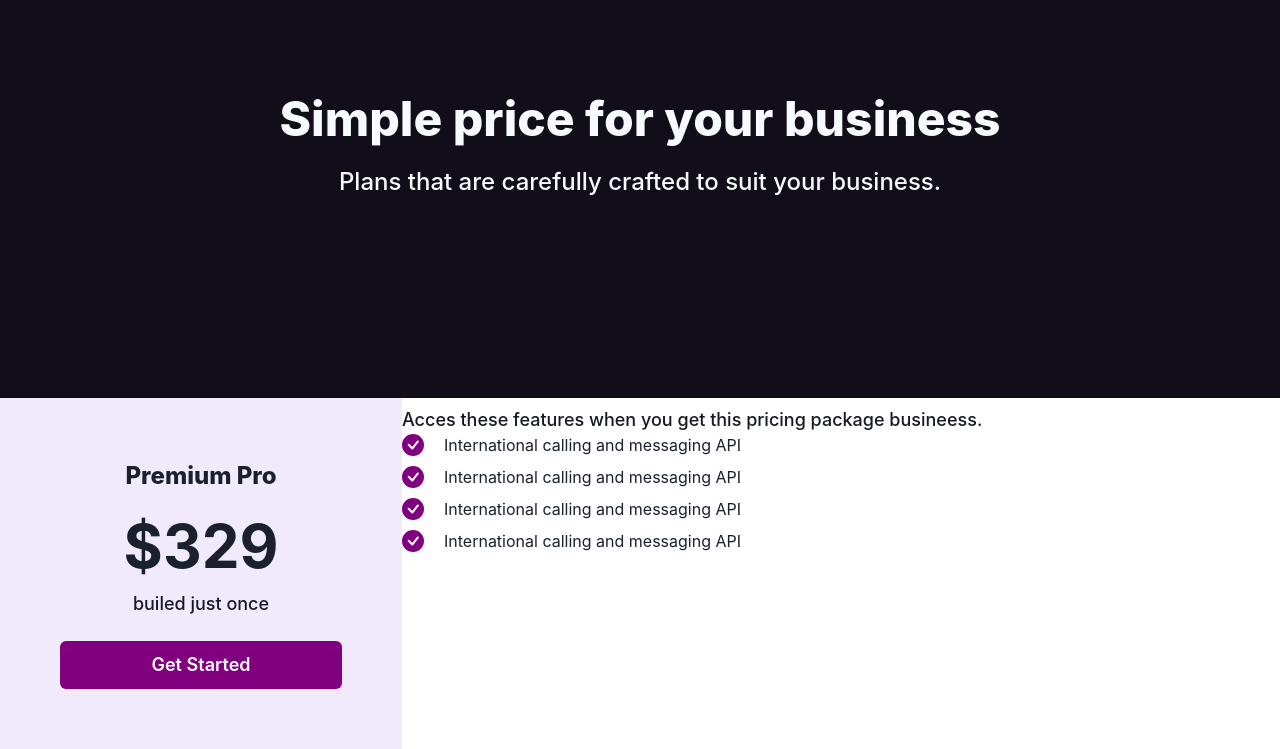
Repository: noutijo/learn-in-depth-chakra-ui
Page: /
These files come from the project's save history. The page is drawn as it stood at one moment and after the next save; the edit follows.
The browser window is 1280 px wide. The pictures show the whole page.
The project was rebuilt for these pictures with package versions that can differ from the ones it lists, and the page was loaded fresh each time. Also part of the build but not shown: vite.config.ts.

Above is the page before, as saved 2023-01-30 16:07:37.

### src/main.tsx
import React from 'react'
import ReactDOM from 'react-dom/client'
import App from './App'
import { ChakraProvider } from "@chakra-ui/react"

ReactDOM.createRoot(document.getElementById('root') as HTMLElement).render(
  <ChakraProvider>
  <React.StrictMode>
    <App />
  </React.StrictMode>
  </ChakraProvider>,
)

### src/App.tsx
//import './App.css'
import "./App.css";
import { Box, Flex, Stack, VStack, HStack } from "@chakra-ui/react";
import { Header  } from "./components/Header";
import { Pricing } from "./components/Pricing";

export default function App() {
  return (
    <div className="App">
      <Box>
        <Header />
        <Pricing />
      </Box>
    </div>
  );
}

### src/App.css
#root {
  max-width: 1280px;
  margin: 0 auto;
  text-align: center;
}

.logo {
  height: 6em;
  padding: 1.5em;
  will-change: filter;
}
.logo:hover {
  filter: drop-shadow(0 0 2em #646cffaa);
}
.logo.react:hover {
  filter: drop-shadow(0 0 2em #61dafbaa);
}

@keyframes logo-spin {
  from {
    transform: rotate(0deg);
  }
  to {
    transform: rotate(360deg);
  }
}

@media (prefers-reduced-motion: no-preference) {
  a:nth-of-type(2) .logo {
    animation: logo-spin infinite 20s linear;
  }
}

.card {
  padding: 2em;
}

.read-the-docs {
  color: #888;
}

### src/components/Header.tsx
//import './App.css'
import { Box, Heading, Text, Flex } from "@chakra-ui/react";

export function Header() {
  return (
    <Box
      as="section"
      color="#F7FAFC"
      bg="#120E19"
      pt="90px"
      pb="198px"
      px="32px">
      <Heading fontWeight={800} fontSize={"48px"}>
        Simple price for your business
      </Heading>
      <Text fontWeight={500} fontSize={"24px"} mt="16px">
        Plans that are carefully crafted to suit your business.
      </Text>
    </Box>
  );
}

### src/components/Pricing.tsx
//import './App.css'
import { Box, Heading, Text, Flex, Button, HStack,Stack, Icon } from "@chakra-ui/react"
import { BsCheckCircleFill } from "react-icons/bs"

export const ListItem = (props:any)=>{
    const {children, ...rest } = props
    return (
      <HStack as="li" spacing="20px" {...rest}>
        <Icon as={BsCheckCircleFill}  w="22px" h="22px" color="purple"/>
        <Text>{children}</Text>
      </HStack>
    );
}

export function Pricing() {
  return (
    <Box>
      <Flex>
        <Box bg="#f0eafb" p="60px">
          <Text fontSize="24px" fontWeight="800">
            Premium Pro
          </Text>
          <Heading as="h3" fontSize="60px" mt="16px">
            $329
          </Heading>
          <Text fontSize="18px" fontWeight="500" color="#171923" mt="8px">
            builed just once
          </Text>
          <Button
            bg="purple"
            color="white"
            size={"lg"}
            w="282px"
            mt="24px"
            _hover={{ backgrounColor: "purple", color: "#F7FAFC" }}>
            Get Started
          </Button>
        </Box>

        <Box>
            <Text fontSize="18px" fontWeight="500" color="#171923" mt="8px">
            Acces these features when you get this pricing package busineess.
          </Text>
          <Stack as="ul" spa>
           <ListItem>International calling and messaging API</ListItem>
           <ListItem>International calling and messaging API</ListItem>
           <ListItem>International calling and messaging API</ListItem>
           <ListItem>International calling and messaging API</ListItem>
          </Stack>
        </Box>
      </Flex>
    </Box>
  )
}

Loaded but not shown: index.html (common file)

After the next save:
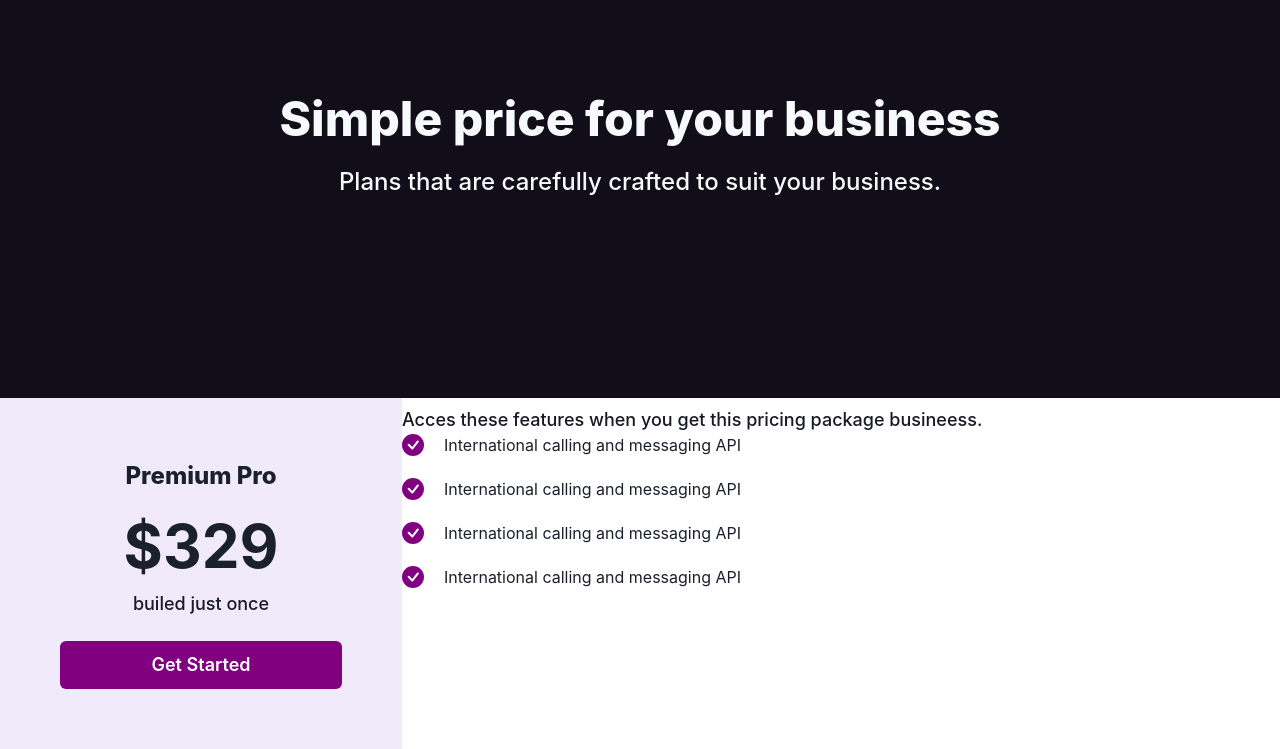
Saved 10 s later.
--- a/src/components/Pricing.tsx
+++ b/src/components/Pricing.tsx
@@ -41,7 +41,7 @@ export function Pricing() {
             <Text fontSize="18px" fontWeight="500" color="#171923" mt="8px">
             Acces these features when you get this pricing package busineess.
           </Text>
-          <Stack as="ul" spa>
+          <Stack as="ul" spacing="20px">
            <ListItem>International calling and messaging API</ListItem>
            <ListItem>International calling and messaging API</ListItem>
            <ListItem>International calling and messaging API</ListItem>
